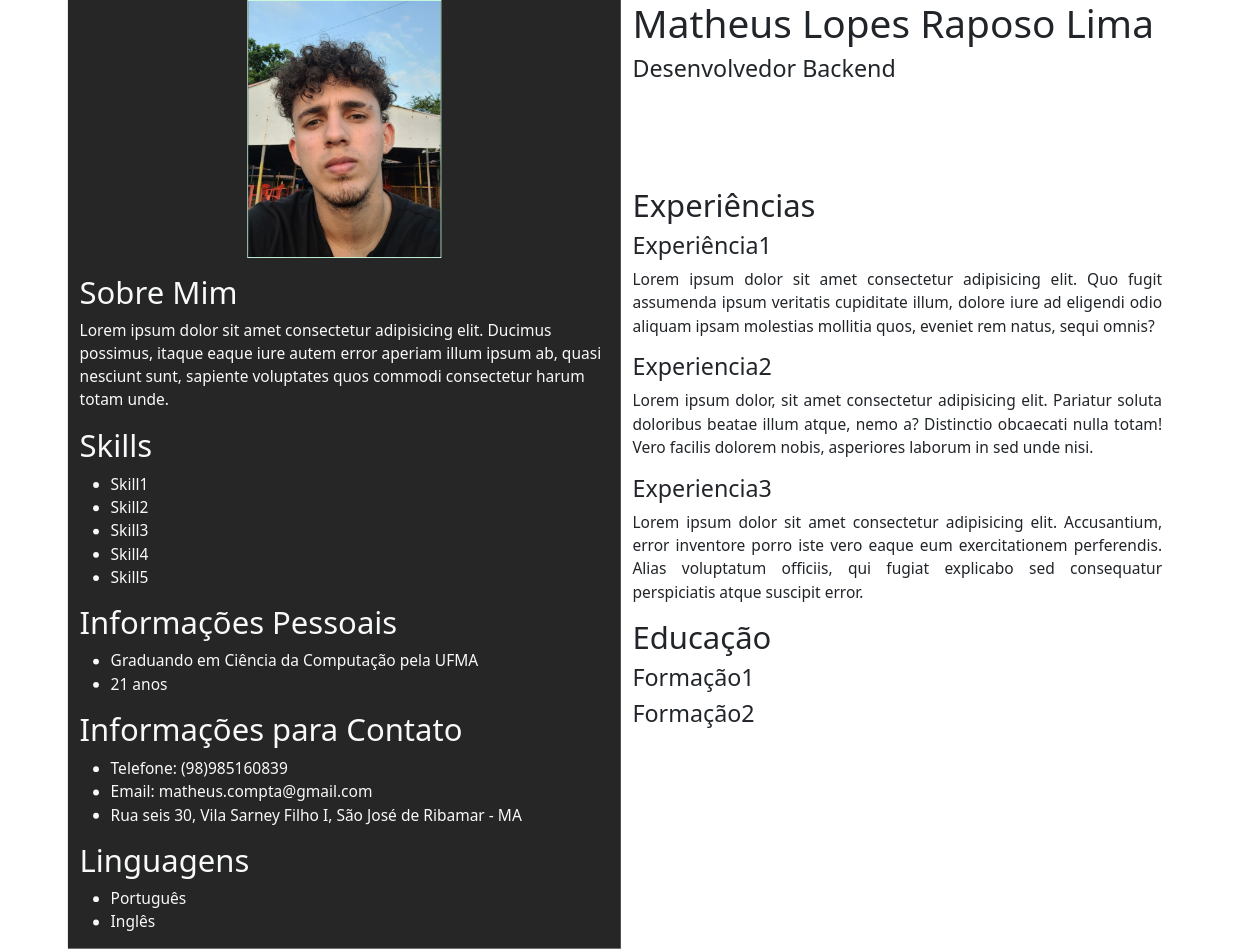
Repository: MaatheusRaposo/Curriculo_Web
Page: index.html
An editor plug-in stored every save of this project. The page is shown before and after the next save, followed by the edit.
The browser window is 1280 px wide. The pictures show the whole page, at 97% of full size.

Above is the page before, as saved 2026-05-27 23:52:56.

### index.html
<!DOCTYPE html>
<html lang="en">
<head>
    <meta charset="UTF-8">
    <meta name="viewport" content="width=device-width, initial-scale=1.0">
    <title>Curriculo Matheus Raposo</title>
    <link href="https://cdn.jsdelivr.net/npm/bootstrap@5.3.8/dist/css/bootstrap.min.css" rel="stylesheet" integrity="sha384-sRIl4kxILFvY47J16cr9ZwB07vP4J8+LH7qKQnuqkuIAvNWLzeN8tE5YBujZqJLB" crossorigin="anonymous">
    <link rel="stylesheet" href="assets/css/style.css">
</head>
<body>
    <div class="container">
        <div class="row">
            <div class="col text-light d-flex flex-column" id="coluna-esquerda">
                <div class="d-flex justify-content-center align-items-center">
                    <img class="foto-perfil position-relative mb-3" src="assets/images/20230725_175129.jpg" alt="">
                </div>
                <section>
                    <h2>Sobre Mim</h2>
                    <p>Lorem ipsum dolor sit amet consectetur adipisicing elit. Ducimus possimus, itaque eaque iure autem error aperiam illum ipsum ab, quasi nesciunt sunt, sapiente voluptates quos commodi consectetur harum totam unde.</p>
                </section>
                <section>
                    <h2>Skills</h2>
                    <ul>
                        <li>Skill1</li>
                        <li>Skill2</li>
                        <li>Skill3</li>
                        <li>Skill4</li>
                        <li>Skill5</li>
                    </ul>
                </section>
                <section>
                    <h2>Informações Pessoais</h2>
                    <ul>
                        <li>Graduando em Ciência da Computação pela UFMA</li>
                        <li>21 anos</li>
                    </ul>
                </section>
                <section>
                    <h2>Informações para Contato</h2>
                    <ul>
                        <li>Telefone: (98)985160839</li>
                        <li>Email: matheus.compta@gmail.com</li>
                        <li>Rua seis 30, Vila Sarney Filho I, São José de Ribamar - MA</li>
                    </ul>
                </section>
                <section>
                    <h2>Linguagens</h2>
                    <ul>
                        <li>Português</li>
                        <li>Inglês</li>
                    </ul>
                </section>
            </div>
            <div class="col d-flex flex-column" id="coluna-direita">
                <section>
                    <h1>Matheus Lopes Raposo Lima</h1>
                    <h4>Desenvolvedor Backend</h4>
                </section>
                <div class="d-flex justify-content-center flex-column mt-3 espacamento-classes">
                    <section>
                        <h2>Experiências</h2>
                        <section>
                            <h4>Experiência1</h4>
                            <p>Lorem ipsum dolor sit amet consectetur adipisicing elit. Quo fugit assumenda ipsum veritatis cupiditate illum, dolore iure ad eligendi odio aliquam ipsam molestias mollitia quos, eveniet rem natus, sequi omnis?</p>
                        </section>
                        <section>
                            <h4>Experiencia2</h4>
                            <p>Lorem ipsum dolor, sit amet consectetur adipisicing elit. Pariatur soluta doloribus beatae illum atque, nemo a? Distinctio obcaecati nulla totam! Vero facilis dolorem nobis, asperiores laborum in sed unde nisi.</p>
                        </section>
                        <section>
                            <h4>Experiencia3</h4>
                            <p>Lorem ipsum dolor sit amet consectetur adipisicing elit. Accusantium, error inventore porro iste vero eaque eum exercitationem perferendis. Alias voluptatum officiis, qui fugiat explicabo sed consequatur perspiciatis atque suscipit error.</p>
                        </section>
                    </section>
                    <section>
                        <h2>Educação</h2>
                        <section>
                            <h4>Formação1</h4>
                        </section>
                        <section>
                            <h4>Formação2</h4>
                        </section>
                    </section>
                </div>
            </div>
        </div>
    </div>

    <script src="https://cdn.jsdelivr.net/npm/bootstrap@5.3.8/dist/js/bootstrap.bundle.min.js" integrity="sha384-FKyoEForCGlyvwx9Hj09JcYn3nv7wiPVlz7YYwJrWVcXK/BmnVDxM+D2scQbITxI" crossorigin="anonymous"></script>
    <script src="app.js"></script>
    <noscript>Voce precisa tivar o JavaScript para ver o curriculo perfeitamente</noscript>
</body>
</html>

### assets/css/style.css
.foto-perfil {
    max-width: 200px;
    border: 1px solid #CEFFE4;
}

#coluna-esquerda {
    background-color: #262626;
}

@media screen and (min-width: 768px) {
    .espacamento-classes {
        margin-top: 100px !important;
    }
}

.espacamento-classes {
    text-align: justify;
}

Loaded but not shown: app.js (no stored copy; drawn as an empty file)

After the next save:
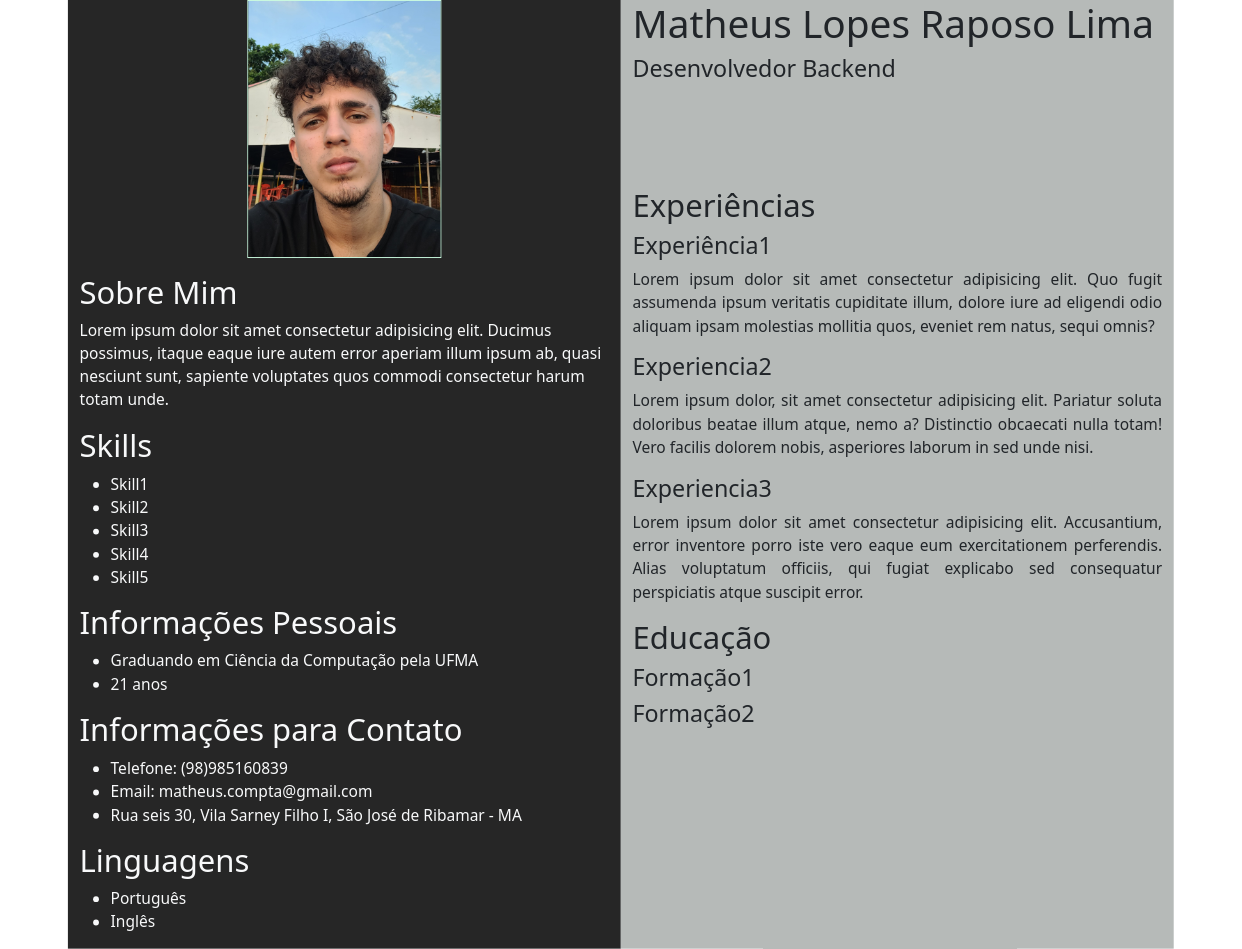
Saved 58 s later.
--- a/assets/css/style.css
+++ b/assets/css/style.css
@@ -5,6 +5,10 @@
 
 #coluna-esquerda {
     background-color: #262626;
+}
+
+#coluna-direita {
+    background-color: #B6BAB8;
 }
 
 @media screen and (min-width: 768px) {
